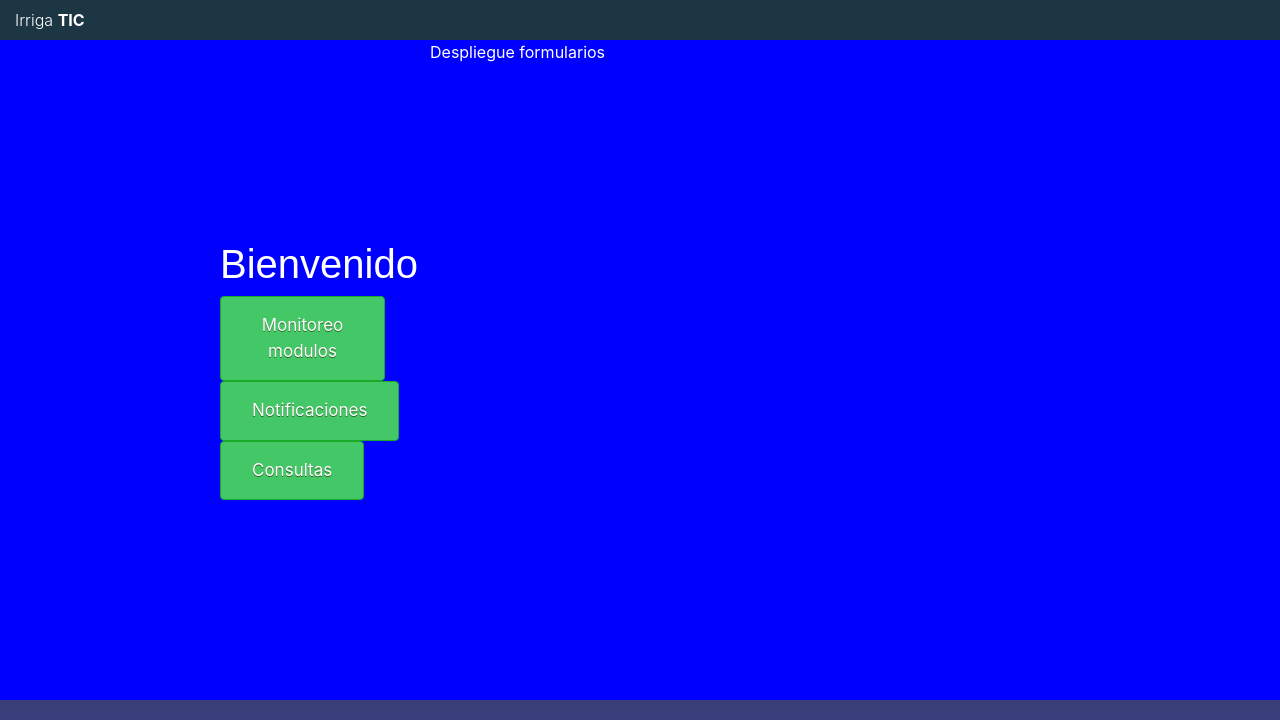
Repository: CristianPalta1/pages_react
Page: /Dashboard
These files come from the project's save history. The page is drawn as it stood at one moment and after a run of saves; the edit follows.
The browser window is 1280 px wide. The pictures show the whole page.
The project was rebuilt for these pictures with package versions that can differ from the ones it lists, and the page was loaded fresh each time. Also part of the build but not shown: src/components/Forms.jsx, src/pages/Inicio.jsx, src/pages/IngresoDoc.jsx, src/pages/NotifiDoc.jsx, src/pages/styles/Badges.css, src/components/Registros.jsx, src/components/styles/BadgesList.css, src/components/BadgeList.jsx and 6 more.

Above is the page before, as saved 2019-08-29 08:41:49.

After the next 2 saves:
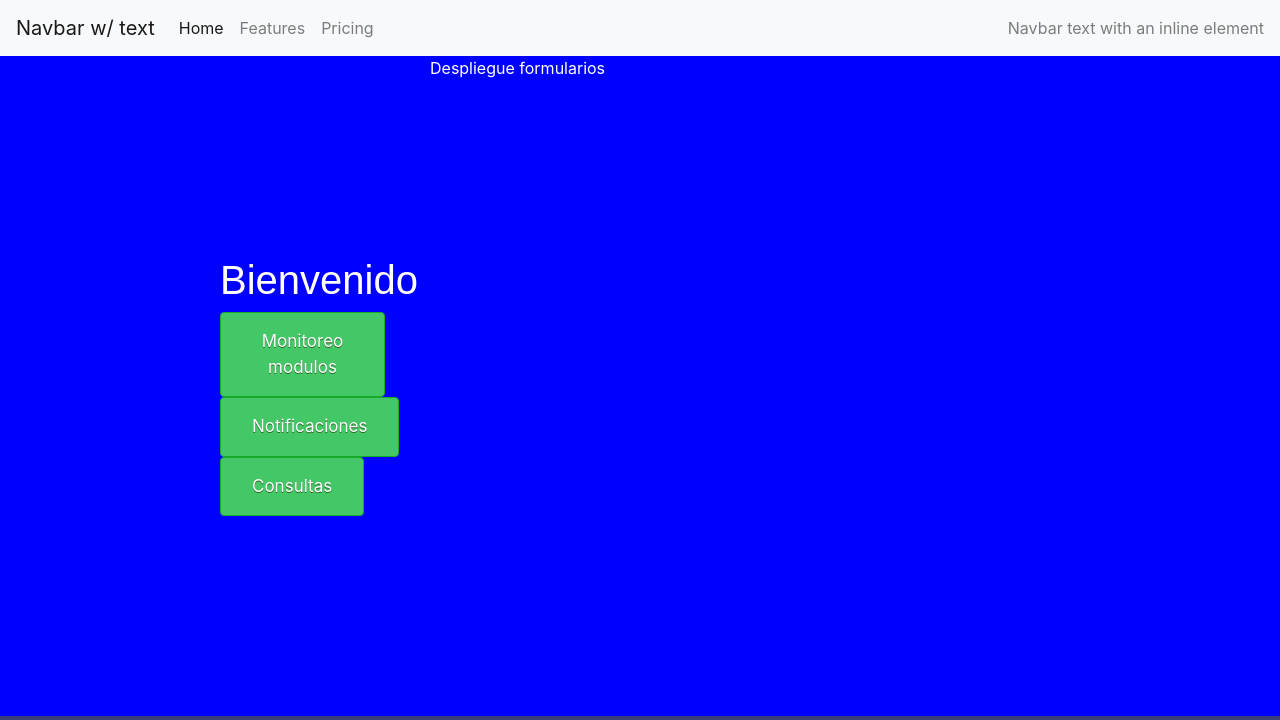
The 2 saves are shown as one change because they came seconds apart.
The last was saved 6 h 15 min later.
--- a/src/components/Navbar.jsx
+++ b/src/components/Navbar.jsx
@@ -1,6 +1,6 @@
-import React from 'react';
-import { Link } from 'react-router-dom';
-import './styles/Navbar.css';
+import React from "react";
+import { Link } from "react-router-dom";
+import "./styles/Navbar.css";
 
 // import './styles/Navbar.css';
 // import logo from '../images/logo.svg';
@@ -8,15 +8,42 @@ import './styles/Navbar.css';
 class Navbar extends React.Component {
   render() {
     return (
-      <div className="Navbar">
-        <div className="container-fluid">
-          <Link className="Navbar__brand" to="/">
-            {/* <img className="Navbar__brand-logo" src={logo} alt="Logo" /> */}
-            <span className="font-weight-light">Irriga</span> &nbsp;
-            <span className="font-weight-bold"> TIC</span>
-          </Link>
+      <nav class="navbar navbar-expand-lg navbar-light bg-light">
+        <a class="navbar-brand" href="#">
+          Navbar w/ text
+        </a>
+        <button
+          class="navbar-toggler"
+          type="button"
+          data-toggle="collapse"
+          data-target="#navbarText"
+          aria-controls="navbarText"
+          aria-expanded="false"
+          aria-label="Toggle navigation"
+        >
+          <span class="navbar-toggler-icon"></span>
+        </button>
+        <div class="collapse navbar-collapse" id="navbarText">
+          <ul class="navbar-nav mr-auto">
+            <li class="nav-item active">
+              <a class="nav-link" href="#">
+                Home <span class="sr-only">(current)</span>
+              </a>
+            </li>
+            <li class="nav-item">
+              <a class="nav-link" href="#">
+                Features
+              </a>
+            </li>
+            <li class="nav-item">
+              <a class="nav-link" href="#">
+                Pricing
+              </a>
+            </li>
+          </ul>
+          <span class="navbar-text">Navbar text with an inline element</span>
         </div>
-      </div>
+      </nav>
     );
   }
 }
